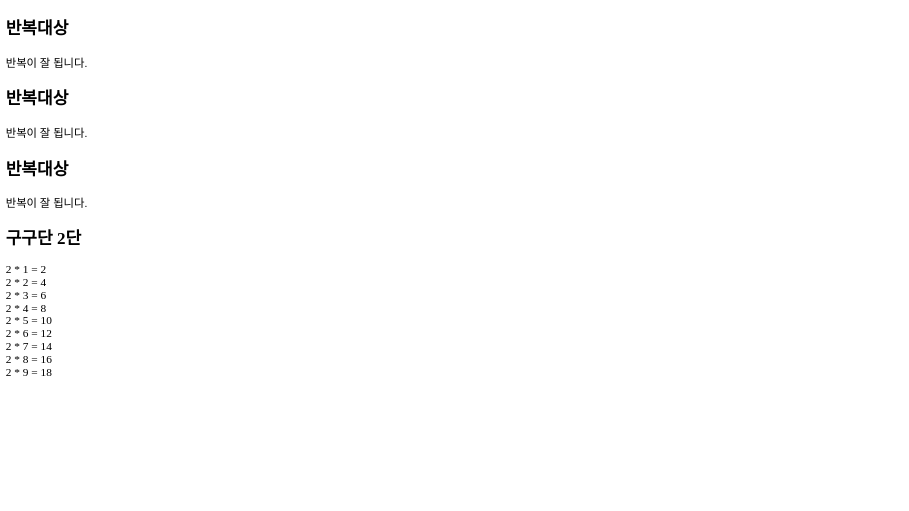
Repository: eyonghwan/jsp_practice
Page: http://localhost/JSPBasic/JspTag/Scriptlet.jsp
These files come from the project's save history. The page is drawn as it stood at one moment and after the next save; the edit follows.
The browser window is 1280 px wide. The pictures show the whole page, at 71% of full size.
The page is served by Tomcat 9.

Above is the page before, as saved 2022-01-28 02:36:34.

### JSPBasic/src/main/webapp/JspTag/Scriptlet.jsp
<%@ page language="java" contentType="text/html; charset=UTF-8"
    pageEncoding="UTF-8"%>
<!DOCTYPE html>
<html>
<head>
<meta charset="UTF-8">
<title>Insert title here</title>
</head>
<body>
	<!-- 스크립트릿 내부에는 자바 코드를 작성할 수 있으며
	이 코드를 반영해 페이지가 구성됩니다. -->
	<% for(int i = 0; i < 3; i++) { %>
		<h2> 반복대상</h2>
		<p>
			반복이 잘 됩니다.
		</p>
	<% } %>

	<!-- 하단에 구구단 코드를 작성해주세요
	System.out.println() 이 괄호 내 구문을 콘솔에 찍히게 해줬다면
	out.println()은 html화면에 괄호 내 구문을 콘솔에 찍히게 해줍니다.
	(javascript의 docoument.write()와 같은 역할) -->
	<h2>구구단 2단</h2>
	<% for(int i = 1; i < 10; i++) {
		out.println("2" + " * " + i + " = " + i*2); %>
	<br/>
	<% } %>
</body>
</html>

After the next save:
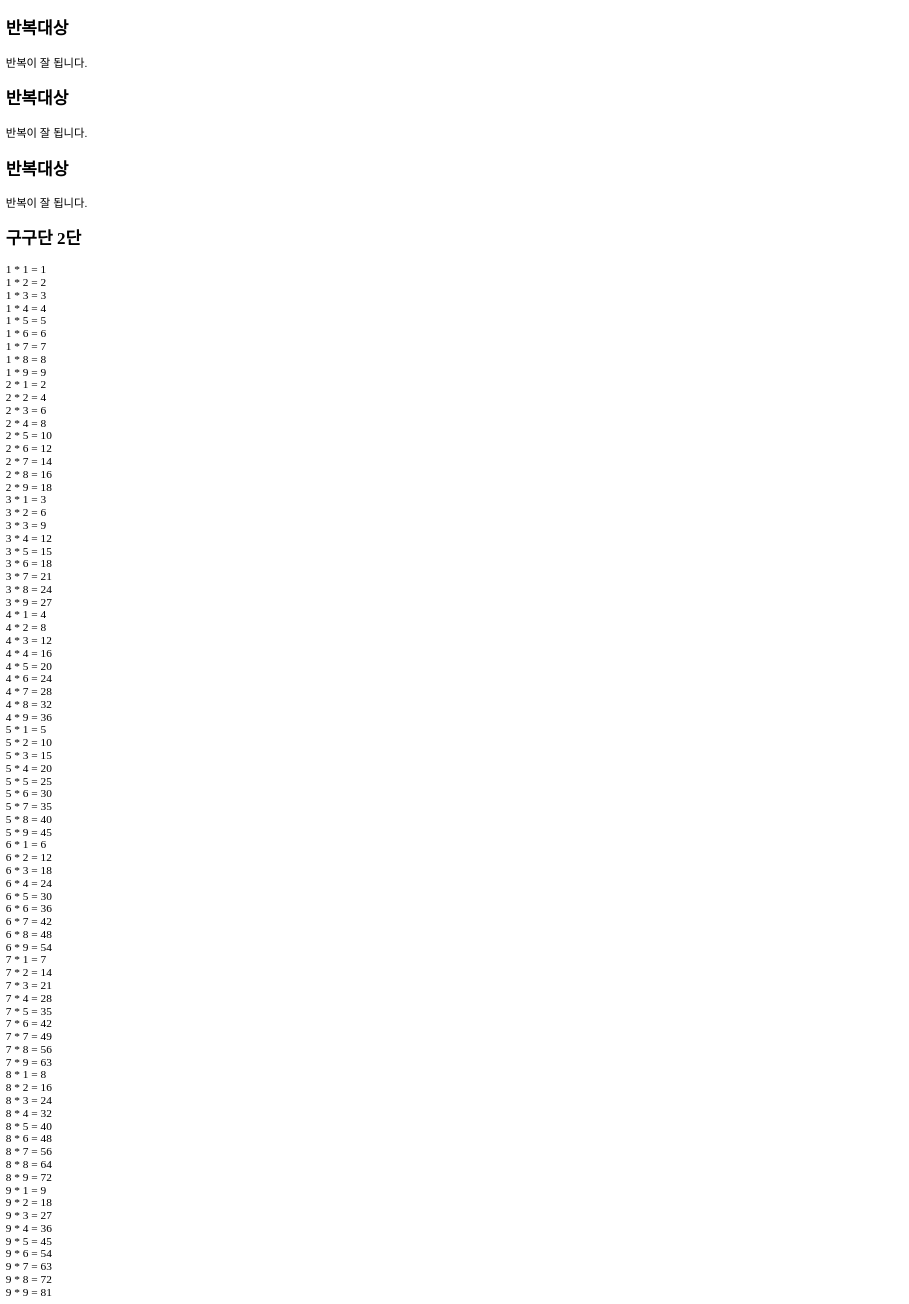
Saved 8 min 7 s later.
--- a/JSPBasic/src/main/webapp/JspTag/Scriptlet.jsp
+++ b/JSPBasic/src/main/webapp/JspTag/Scriptlet.jsp
@@ -22,8 +22,9 @@
 	(javascript의 docoument.write()와 같은 역할) -->
 	<h2>구구단 2단</h2>
 	<% for(int i = 1; i < 10; i++) {
-		out.println("2" + " * " + i + " = " + i*2); %>
+		for(int j = 1; j <10; j++) {
+		out.println(i + " * " + j + " = " + i*j); %>
 	<br/>
-	<% } %>
+	<% } } %>
 </body>
 </html>
